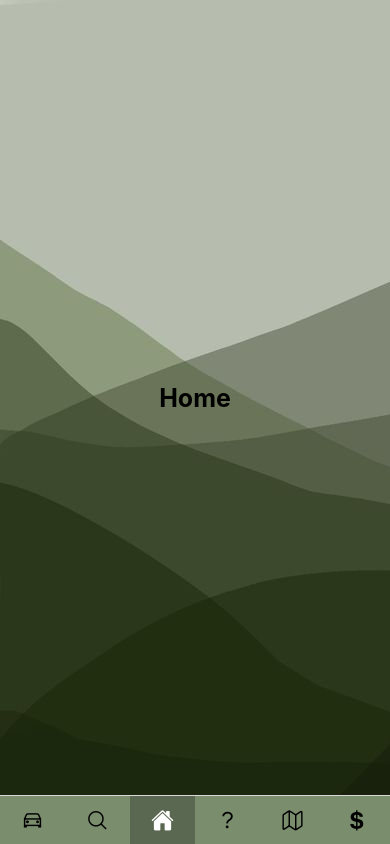
Repository: GabrielAron/EcoWheels
Page: /Home
The author's editor kept a copy of each file at every save. The page is drawn from the files as they stood at one save, then again after the next save.
The browser window is 390 px wide. The pictures show the whole page.
The app was drawn by React Native's web renderer in a window 390 px wide. The project was rebuilt for these pictures with package versions that can differ from the ones it lists, and the page was loaded fresh each time. Also part of the build but not shown: src/Paginas/Carros/index.js, src/Paginas/Ajuda/index.js, src/Paginas/Mapa/index.js, src/Paginas/Pagamento/pagamento.js.

Above is the page before, as saved 2023-11-24 13:50:13.

### App.js
import React from 'react';
import Routes from './src/Paginas/routes';
import { ReservaProvider } from './src/Paginas/ReservaContext';


function App() {
  return (
    <ReservaProvider>
      <Routes />
    </ReservaProvider>
  );
}

export default App;

### src/Paginas/routes.js
import React from 'react';
import { createBottomTabNavigator } from '@react-navigation/bottom-tabs';
import { NavigationContainer } from '@react-navigation/native';
import { Ionicons } from '@expo/vector-icons';

import Home from './Home';
import Explorar from './Carros';
import Ajuda from './Ajuda';
import Reservas from './Locacoes';
import Recarga from './Mapa';
import Pagamento from './Pagamento/pagamento';

const Tab = createBottomTabNavigator();

export default function Routes() {
  return (
    <NavigationContainer>
      <Tab.Navigator
        tabBarOptions={{
          showLabel: false, // Oculta as etiquetas de texto das guias
          tabBarStyle: {
            position: 'absolute',
            backgroundColor: '#7A8D6D',
            height:700,
          },
          tabStyle: {
            elevation: 0,
          },
          inactiveBackgroundColor: '#7A8D6D',
          activeBackgroundColor: '#5A6851',
        }}
      >
        <Tab.Screen
          name="Reservas"
          component={Reservas}
          options={{
            headerShown: false,
            tabBarIcon: ({ color, size, focused }) => {
              if (focused) {
                return <Ionicons name="md-car" size={23} color="#FFF" />;
              } else {
                return <Ionicons name="md-car-outline" size={23} color="#000000" />;
              }
            },
          }}
        />
        <Tab.Screen
          name="Explorar"
          component={Explorar}
          options={{
            headerShown: false,
            tabBarIcon: ({ color, size, focused }) => {
              if (focused) {
                return <Ionicons name="md-search" size={23} color="#FFF" />;
              } else {
                return <Ionicons name="md-search-outline" size={23} color="#000000" />;
              }
            },
          }}
        />
        <Tab.Screen
          name="Home"
          component={Home}
          options={{
            headerShown: false,
            tabBarIcon: ({ color, size, focused }) => {
              if (focused) {
                return <Ionicons name="md-home" size={23} color="#FFF" />;
              } else {
                return <Ionicons name="md-home-outline" size={23} color="#000000" />;
              }
            },
          }}
        />
        <Tab.Screen
          name="Ajuda"
          component={Ajuda}
          options={{
            headerShown: false,
            tabBarIcon: ({ color, size, focused }) => {
              if (focused) {
                return <Ionicons name="md-help" size={23} color="#FFF" />;
              } else {
                return <Ionicons name="md-help-outline" size={23} color="#000000" />;
              }
            },
          }}
        />
        <Tab.Screen
          name="Recarga"
          component={Recarga}
          options={{
            headerShown: false,
            tabBarIcon: ({ color, size, focused }) => {
              if (focused) {
                return <Ionicons name="md-map" size={23} color="#FFF" />;
              } else {
                return <Ionicons name="md-map-outline" size={23} color="#000000" />;
              }
            },
          }}
        />
         <Tab.Screen
          name="Pagamento"
          component={Pagamento}
          options={{
            headerShown: false,
            tabBarIcon: ({ color, size, focused }) => {
              if (focused) {
                return <Ionicons name="logo-usd" size={23} color="#FFF" />;

              } else {
                return <Ionicons name="logo-usd" size={23} color="#000000" />;
              }
            },
          }}
        />
      </Tab.Navigator>
    </NavigationContainer>
  );
}

### src/Paginas/ReservaContext.js
import React, { createContext, useState } from 'react';

export const ReservaContext = createContext();

export const ReservaProvider = ({ children }) => {
  const [reservas, setReservas] = useState([]);

  return (
    <ReservaContext.Provider value={{ reservas, setReservas }}>
      {children}
    </ReservaContext.Provider>
  );
};

### src/Paginas/Home/index.js

import { View, Text, ImageBackground, StyleSheet } from 'react-native';
import Fundo from '/imagens/fundoverde.jpg';

export default function Home() {
  return (
    <View style={styles.container}>
      <ImageBackground source={Fundo} style={styles.image}>
        <Text style={styles.text}>Home</Text>
      </ImageBackground>
    </View>
  );
}

const styles = StyleSheet.create({
  container: {
    flex: 1,
  },
  image: {
    flex: 1,
    resizeMode: 'cover',
    justifyContent: 'center',
  },
  text: {
    fontSize: 25,
    color: '#000',
    fontWeight: 'bold',
    textAlign: 'center',
  },
});

### src/Paginas/Locacoes/index.js
import React, { useState, useContext } from 'react';
import { View, Text, ImageBackground, Button, StyleSheet, ScrollView, Modal, Alert } from 'react-native';
import Fundo from '/imagens/fundoverde.jpg';
import { ReservaContext } from '../ReservaContext'; // Atualize o caminho conforme necessário

const Card = ({ id, title, image }) => {
  const [modalVisible, setModalVisible] = useState(false);
  const { reservas, setReservas } = useContext(ReservaContext);
  const [carros, setCarros] = useState([

      { id: 1, title: "QUALIDADE PARA UM CONFORTO E ÓTIMO PASSEIO - Exquisite Cruiser 1.8", image: "https://cdn.leonardo.ai/users/cf8d0bec-5da3-4e6a-aed2-13735b2a6925/generations/a40b4ef5-35ec-4e32-a5ff-cc2ef5e85345/PhotoReal_make_a_background_image_for_a_cell_phone_application_2.jpg?w=512" },
      { id: 2, title: "DESIGN E CONFORTO EM UM - Rider GT 3.0", image: "https://cdn.leonardo.ai/users/cf8d0bec-5da3-4e6a-aed2-13735b2a6925/generations/a40b4ef5-35ec-4e32-a5ff-cc2ef5e85345/PhotoReal_make_a_background_image_for_a_cell_phone_application_3.jpg?w=512" },
      { id: 3, title: "FORÇA PARA DESAFIOS OFF-Road - Viper GT 3.0 ", image: "https://cdn.leonardo.ai/users/cf8d0bec-5da3-4e6a-aed2-13735b2a6925/generations/a0fe3adc-2c2f-4336-bc49-e57599170dd1/PhotoReal_faa_um_hummer_eltrico_novo_andando_por_uma_cidade_3.jpg?w=512" },
      { id: 4, title: "UM CARRO ANTIGO E ESTILOSO PARA OS AMANTES DE CLÁSSICOS - Bentley 1.8", image: "https://cdn.leonardo.ai/users/cf8d0bec-5da3-4e6a-aed2-13735b2a6925/generations/c6457b66-6149-4c4d-8408-99c27071dc1e/PhotoReal_faa_um_carro_eletrico_executivo_andando_por_uma_cida_0.jpg?w=512" },
      { id: 5, title: "UM CARRO VERSÁTIL QUE ATENDE A TODAS AS NECESSIDADES FLEXUS X 1.0", image: "https://cdn.leonardo.ai/users/cf8d0bec-5da3-4e6a-aed2-13735b2a6925/generations/f62f0f84-2ea5-4c9d-a4e3-33ade848f3b2/PhotoReal_make_a_background_image_for_a_cell_phone_application_3.jpg?w=512" },
      { id: 6, title: "UMA OPÇÃO PERFEITA PARA QUEM BUSCA PRATICIDADE E CONFORTO - LUXURY DRIVE 1.6", image: "https://cdn.leonardo.ai/users/cf8d0bec-5da3-4e6a-aed2-13735b2a6925/generations/589507b8-d87b-4a85-b05e-c325ccebd6b6/PhotoReal_make_a_background_image_for_a_cell_phone_application_1.jpg?w=512" },
      { id: 7, title: "UM CARRO ESPORTIVO COM DESEMPENHO DE ALTA POTÊNCIA Vortex GT 5.0", image: "https://fotos-jornaldocarro-estadao.nyc3.cdn.digitaloceanspaces.com/wp-content/uploads/2023/01/13072602/Carro_esportivo.jpg" },
    ]);


  return (
    <View style={styles.card}>
      <ImageBackground source={{ uri: image }} style={styles.image}>
        <View style={styles.content}>
          <Text style={styles.title}>{title}</Text>
          <Button title="Reservar" onPress={() => setModalVisible(true)} />
        </View>
      </ImageBackground>

      <Modal
        animationType="slide"
        transparent={true}
        visible={modalVisible}
        onRequestClose={() => {
          Alert.alert("Modal has been closed.");
          setModalVisible(!modalVisible);
        }}
      >
        <View style={styles.centeredView}>
          <View style={styles.modalView}>
            <Text style={styles.modalText}>Deseja mesmo reservar o carro?</Text>

            <Button
              style={[styles.button, styles.buttonClose]}
              onPress={() => {
                setReservas([...reservas, { id, title, image }]);
                setCarros(carros.filter(carro => carro.id !== id));
                setModalVisible(!modalVisible);
              }}
              title="Sim"
            />
            <Button
              style={[styles.button, styles.buttonCancel]}
              onPress={() => setModalVisible(!modalVisible)}
              title="Não"
            />
          </View>
        </View>
      </Modal>
    </View>
  );
};

export default function Reservas() {
  return (
    <View style={styles.container}>
      <ImageBackground source={Fundo} style={styles.image}>
        <Text style={styles.text}>Carros</Text>
        <View style={styles.cardContainer}>
          <ScrollView showsVerticalScrollIndicator={false}>
            <Card id={1} title="QUALIDADE PARA UM CONFORTO E ÓTIMO PASSEIO - Exquisite Cruiser 1.8" image="https://cdn.leonardo.ai/users/cf8d0bec-5da3-4e6a-aed2-13735b2a6925/generations/a40b4ef5-35ec-4e32-a5ff-cc2ef5e85345/PhotoReal_make_a_background_image_for_a_cell_phone_application_2.jpg?w=512" />
            <Card id={2} title="DESIGN E CONFORTO EM UM - Rider GT 3.0" image="https://cdn.leonardo.ai/users/cf8d0bec-5da3-4e6a-aed2-13735b2a6925/generations/a40b4ef5-35ec-4e32-a5ff-cc2ef5e85345/PhotoReal_make_a_background_image_for_a_cell_phone_application_3.jpg?w=512" />
            <Card id={3} title="FORÇA PARA DESAFIOS OFF-Road - Viper GT 3.0 " image="https://cdn.leonardo.ai/users/cf8d0bec-5da3-4e6a-aed2-13735b2a6925/generations/a0fe3adc-2c2f-4336-bc49-e57599170dd1/PhotoReal_faa_um_hummer_eltrico_novo_andando_por_uma_cidade_3.jpg?w=512" />
            <Card id={4} title="UM CARRO ANTIGO E ESTILOSO PARA OS AMANTES DE CLÁSSICOS - Bentley 1.8" image="https://cdn.leonardo.ai/users/cf8d0bec-5da3-4e6a-aed2-13735b2a6925/generations/c6457b66-6149-4c4d-8408-99c27071dc1e/PhotoReal_faa_um_carro_eletrico_executivo_andando_por_uma_cida_0.jpg?w=512" />
            <Card id={5} title="UM CARRO VERSÁTIL QUE ATENDE A TODAS AS NECESSIDADES FLEXUS X 1.0" image="https://cdn.leonardo.ai/users/cf8d0bec-5da3-4e6a-aed2-13735b2a6925/generations/f62f0f84-2ea5-4c9d-a4e3-33ade848f3b2/PhotoReal_make_a_background_image_for_a_cell_phone_application_3.jpg?w=512" />
            <Card id={6} title="UMA OPÇÃO PERFEITA PARA QUEM BUSCA PRATICIDADE E CONFORTO - LUXURY DRIVE 1.6" image="https://cdn.leonardo.ai/users/cf8d0bec-5da3-4e6a-aed2-13735b2a6925/generations/589507b8-d87b-4a85-b05e-c325ccebd6b6/PhotoReal_make_a_background_image_for_a_cell_phone_application_1.jpg?w=512" />
            <Card id={7} title="UM CARRO ESPORTIVO COM DESEMPENHO DE ALTA POTÊNCIA Vortex GT 5.0" image="https://fotos-jornaldocarro-estadao.nyc3.cdn.digitaloceanspaces.com/wp-content/uploads/2023/01/13072602/Carro_esportivo.jpg" />
          </ScrollView>
        </View>
      </ImageBackground>
    </View>
  );
}


const styles = StyleSheet.create({
  container: {
    flex: 1,
  },
  image: {
    flex: 1,
    resizeMode: 'cover',
    justifyContent: 'center',
  },
  text: {
    color: '#fffbff',
    fontSize: 36,
    position: 'absolute',
    top: 50,
    left: 0,
    right: 0,
    fontWeight: 'bold',
    textAlign: 'center',
  },
  cardContainer: {
    flex: 1,
    alignItems: 'center',
    justifyContent: 'center',
    paddingTop: 200,
    paddingLeft: 75,
  },
  card: {
    width: '90%',
    height: 200,
    marginBottom: 45,
    borderRadius: 10,
    overflow: 'hidden',
  },
  image: {
    flex: 1,
    resizeMode: 'cover',
    justifyContent: 'center',
  },
  content: {
    padding: 10,
    alignItems: 'center',
    justifyContent: 'center',
  },
  title: {
    fontSize: 16,
    fontWeight: 'bold',
    color: '#fffbff',
  },
  overlay: {
    ...StyleSheet.absoluteFillObject,
    backgroundColor: 'rgba(128, 128, 128, 0.5)',
  },
  centeredView: {
    flex: 1,
    justifyContent: "center",
    alignItems: "center",
    marginTop: 22
  },
  modalView: {
    margin: 20,
    backgroundColor: "white",
    borderRadius: 20,
    padding: 35,
    alignItems: "center",
    shadowColor: "#000",
    shadowOffset: {
      width: 0,
      height: 2
    },
    shadowOpacity: 0.25,
    shadowRadius: 4,
    elevation: 5
  },
  button: {
    borderRadius: 20,
    padding: 10,
    elevation: 2
  },
  buttonClose: {
    backgroundColor: "#2196F3",
  },
  buttonCancel: {
    backgroundColor: "#f00",
  },
  modalText: {
    marginBottom: 15,
    textAlign: "center"
  }
});

After the next save:
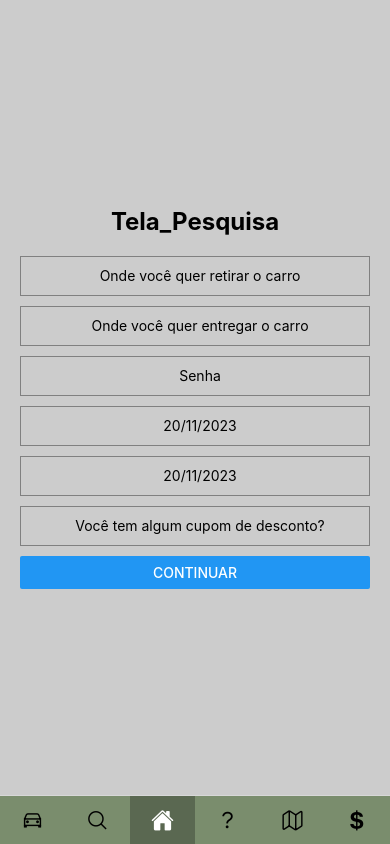
Saved 17 min 19 s later.
--- a/src/Paginas/Home/index.js
+++ b/src/Paginas/Home/index.js
@@ -1,13 +1,21 @@
+import React, { useState } from 'react';
+import { View, Text, TextInput, Button, StyleSheet } from 'react-native';
+import { format } from 'date-fns';
 
-import { View, Text, ImageBackground, StyleSheet } from 'react-native';
-import Fundo from '/imagens/fundoverde.jpg';
+export default function App() {
+  const [pickupDate, setPickupDate] = useState(format(new Date(), 'dd/MM/yyyy'));
+  const [returnDate, setReturnDate] = useState(format(new Date(), 'dd/MM/yyyy'));
 
-export default function Home() {
   return (
     <View style={styles.container}>
-      <ImageBackground source={Fundo} style={styles.image}>
-        <Text style={styles.text}>Home</Text>
-      </ImageBackground>
+      <Text style={styles.title}>Tela_Pesquisa</Text>
+      <TextInput style={styles.input} placeholder="Onde você quer retirar o carro" />
+      <TextInput style={styles.input} placeholder="Onde você quer entregar o carro" />
+      <TextInput style={styles.input} placeholder="Senha" secureTextEntry={true} />
+      <TextInput style={styles.input} placeholder="Data de retirada" value={pickupDate} onChangeText={setPickupDate} />
+      <TextInput style={styles.input} placeholder="Data de entrega" value={returnDate} onChangeText={setReturnDate} />
+      <TextInput style={styles.input} placeholder="Você tem algum cupom de desconto?" />
+      <Button title="Continuar" onPress={() => {}} />
     </View>
   );
 }
@@ -15,16 +23,22 @@ export default function Home() {
 const styles = StyleSheet.create({
   container: {
     flex: 1,
+    justifyContent: 'center',
+    padding: 20,
+    backgroundColor: '#ccc',
   },
-  image: {
-    flex: 1,
-    resizeMode: 'cover',
-    justifyContent: 'center',
+  title: {
+    fontSize: 24,
+    fontWeight: 'bold',
+    textAlign: 'center',
+    marginBottom: 20,
   },
-  text: {
-    fontSize: 25,
-    color: '#000',
-    fontWeight: 'bold',
+  input: {
+    height: 40,
+    borderColor: 'gray',
+    borderWidth: 1,
+    marginBottom: 10,
+    paddingLeft: 10,
     textAlign: 'center',
   },
 });
